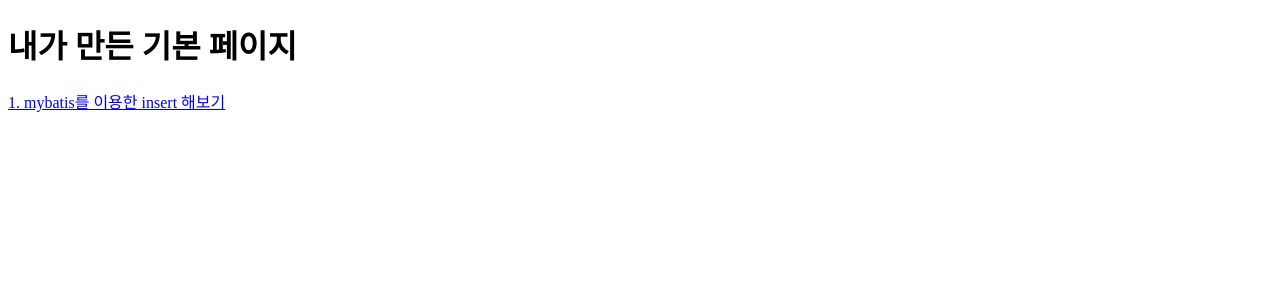
Repository: coconut510/mybatis
Page: mybatis_01/WebContent/index.html
These files come from the project's save history. The page is drawn as it stood at one moment and after the next save; the edit follows.
The browser window is 1280 px wide. The pictures show the whole page.

Above is the page before, as saved 2018-06-26 07:19:45.

After the next save:
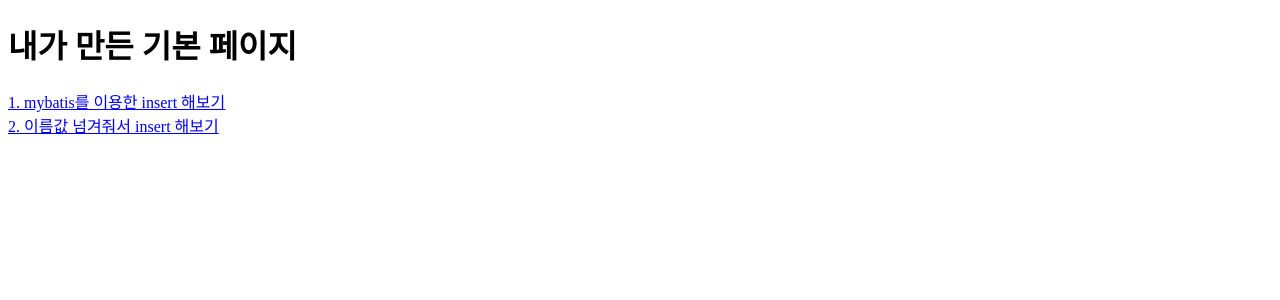
Saved 16 min 13 s later.
--- a/mybatis_01/WebContent/index.html
+++ b/mybatis_01/WebContent/index.html
@@ -7,6 +7,6 @@
 <body>
 	<h1>내가 만든 기본 페이지</h1>
 	<a href="/mybatisTest1">1. mybatis를 이용한 insert 해보기</a><br>
-
+	<a href="/mybatisTest2">2. 이름값 넘겨줘서 insert 해보기</a>
 </body>
 </html>
